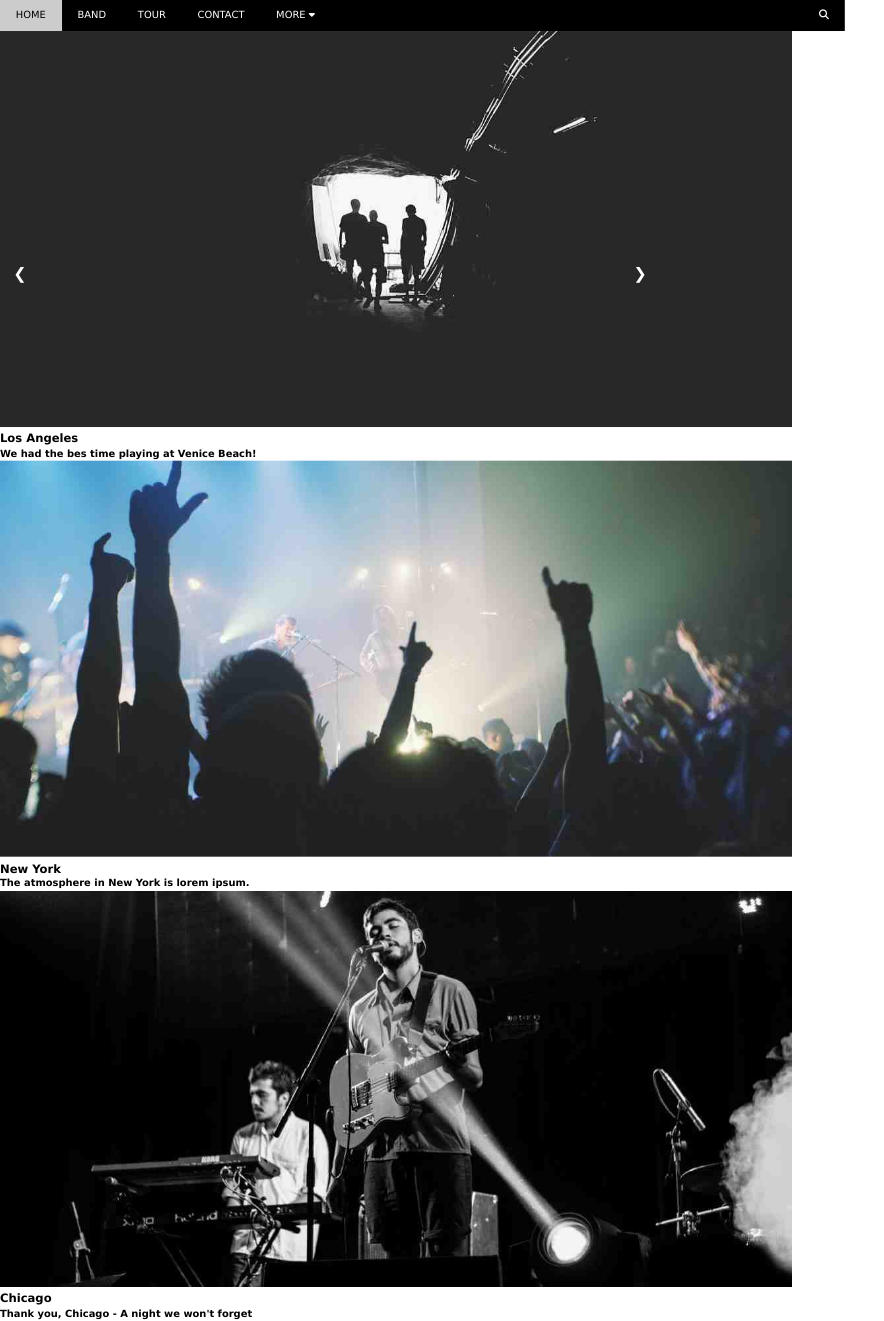
Repository: tam1512/The-Band
Page: index.html
The author's editor kept a copy of each file at every save. The page is drawn from the files as they stood at one save, then again after the next save.
The browser window is 1280 px wide. The page is 1280 px wide, then 1340 px, so the pictures cover 1340 px, including what lies to the right of the window. The pictures show the whole page, at 66% of full size.
Some web libraries are served in a nearby version.

Above is the page before, as saved 2022-07-21 12:00:16.

After the next save:
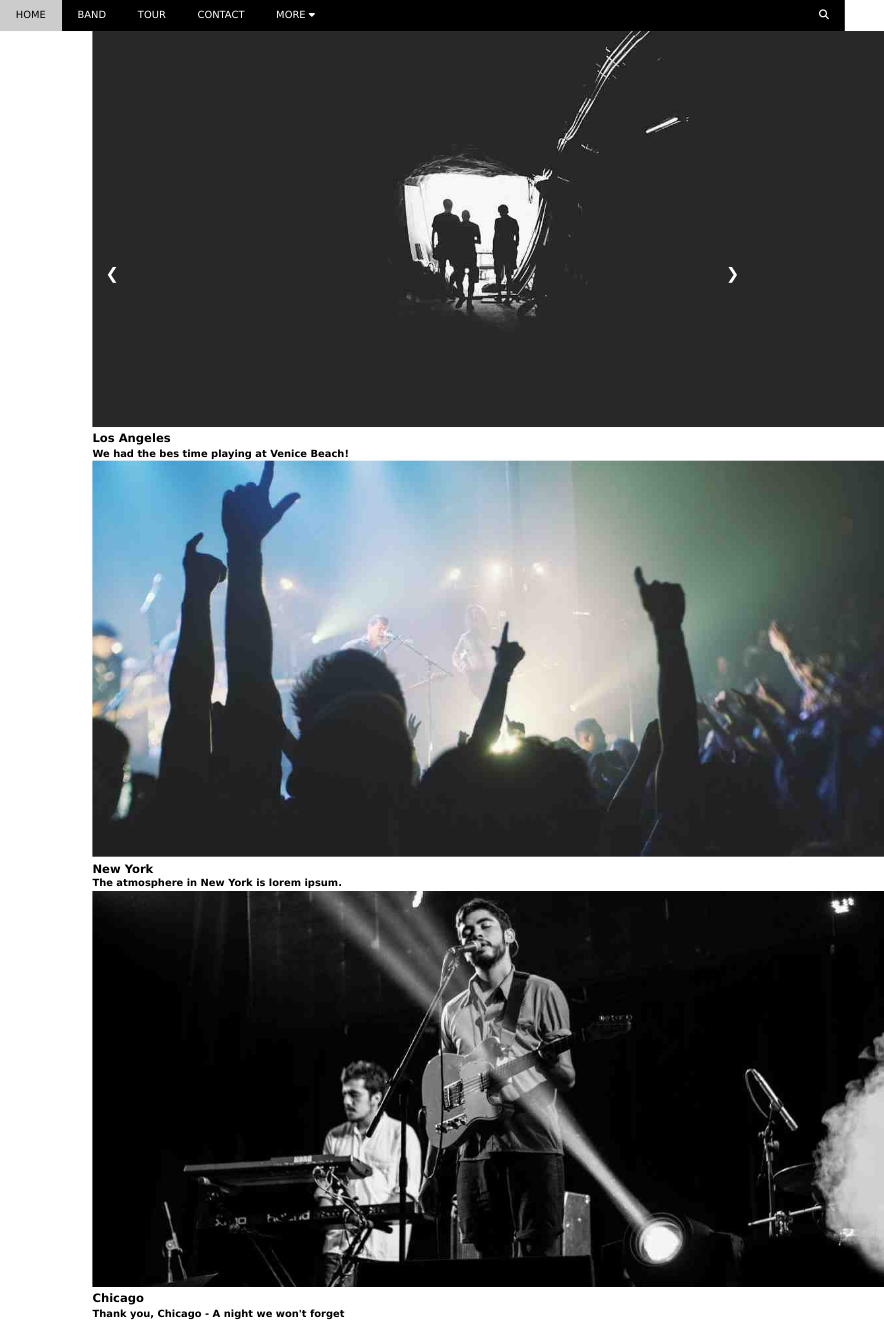
Saved 6 s later.
--- a/assets/css/style.css
+++ b/assets/css/style.css
@@ -92,7 +92,7 @@ li.dropdown {
   max-width: 1000px;
   height: 674px;
   position: relative;
-  /* margin: auto; */
+  margin: auto;
 }
 
 /* Hide the images by default */
